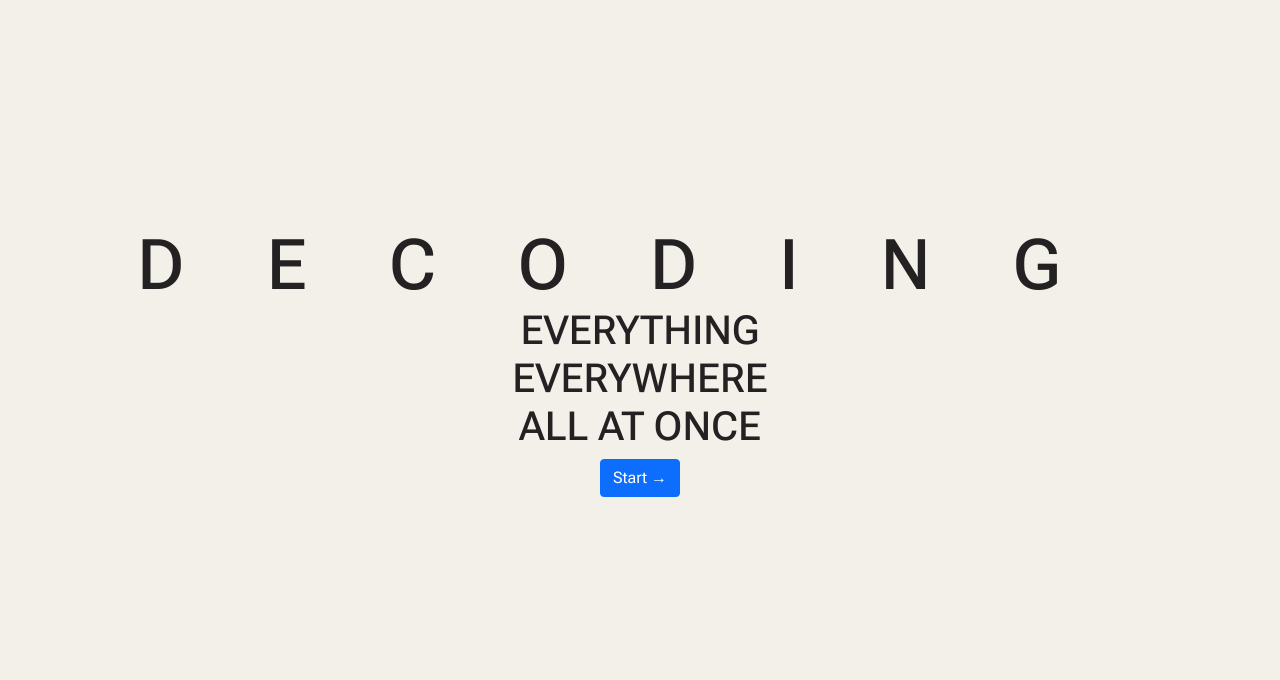
Repository: angelica-hom/msdv-thesis
Page: index.html
The author's editor kept a record of every edit. The page is drawn from the files as they stood at one moment, then again after the next edit.
The browser window is 1280 px wide. The pictures show the whole page.

Above is the page before.

After the next edit:
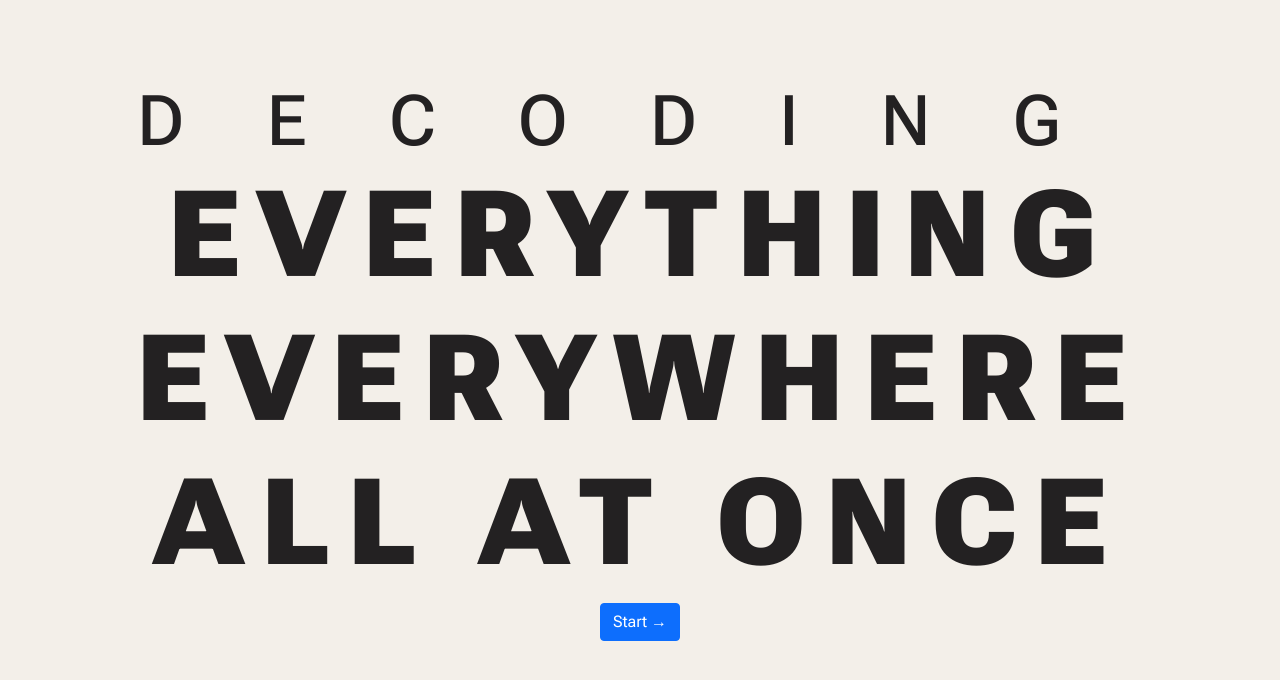
The edit:
--- a/index.css
+++ b/index.css
@@ -30,7 +30,7 @@
     color: #232122;
 }
 
-.everything {
+.else {
     font-style: normal;
     font-weight: 1000;
     font-size: 120px;
